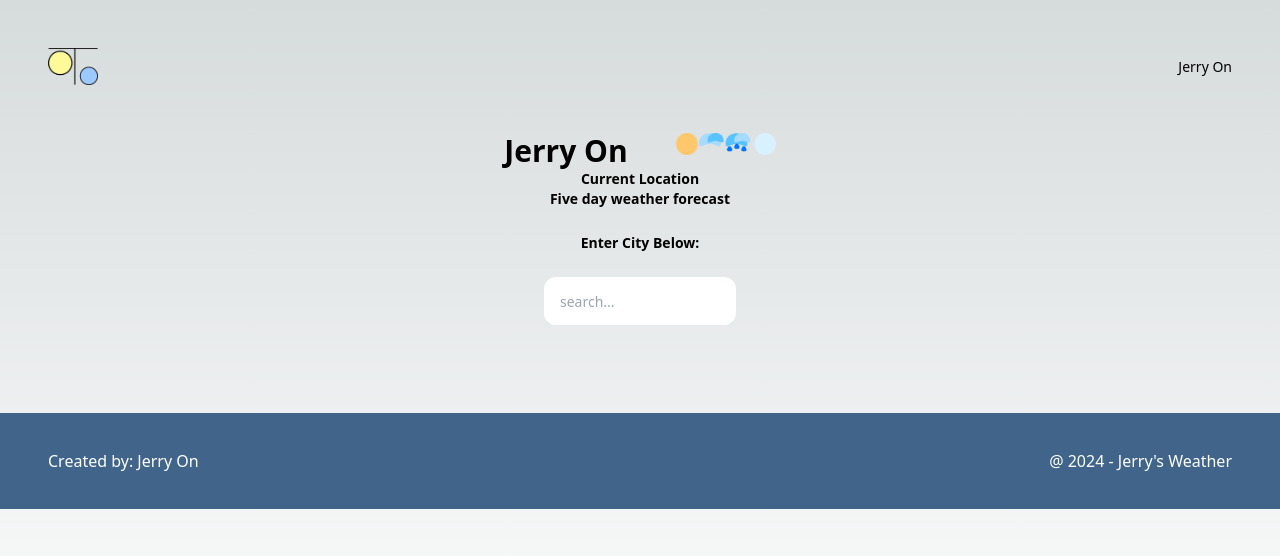
Repository: JerryWuOn/weatherAppMid
Page: /
These files come from the project's save history. The page is drawn as it stood at one moment and after the next save; the edit follows.
The browser window is 1280 px wide. The pictures show the whole page.
The project was rebuilt for these pictures with package versions that can differ from the ones it lists, and the page was loaded fresh each time. The framework's server and built-in components were replaced by stand-ins that run in the browser. Also part of the build but not shown: next.config.mjs.

Above is the page before, as saved 2024-02-12 20:01:58.

After the next save:
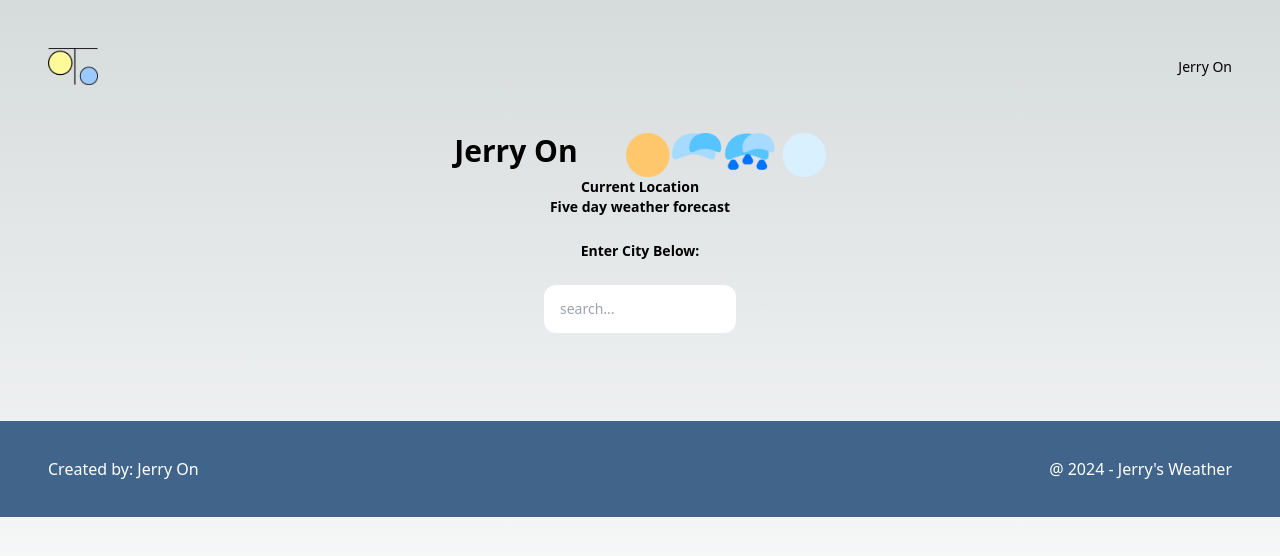
Saved 32 s later.
--- a/src/pages/index.tsx
+++ b/src/pages/index.tsx
@@ -63,7 +63,7 @@ export default function Home() {
           <div className="flex flex-row">
             <div className="font-bold text-3xl">Jerry On</div>
             <div className="pl-12">
-              <Image src={Clouds} alt="clouds" width={100}/>
+              <Image src={Clouds} alt="clouds" width={200}/>
             </div>
           </div>
           <div className="font-bold">Current Location</div>
